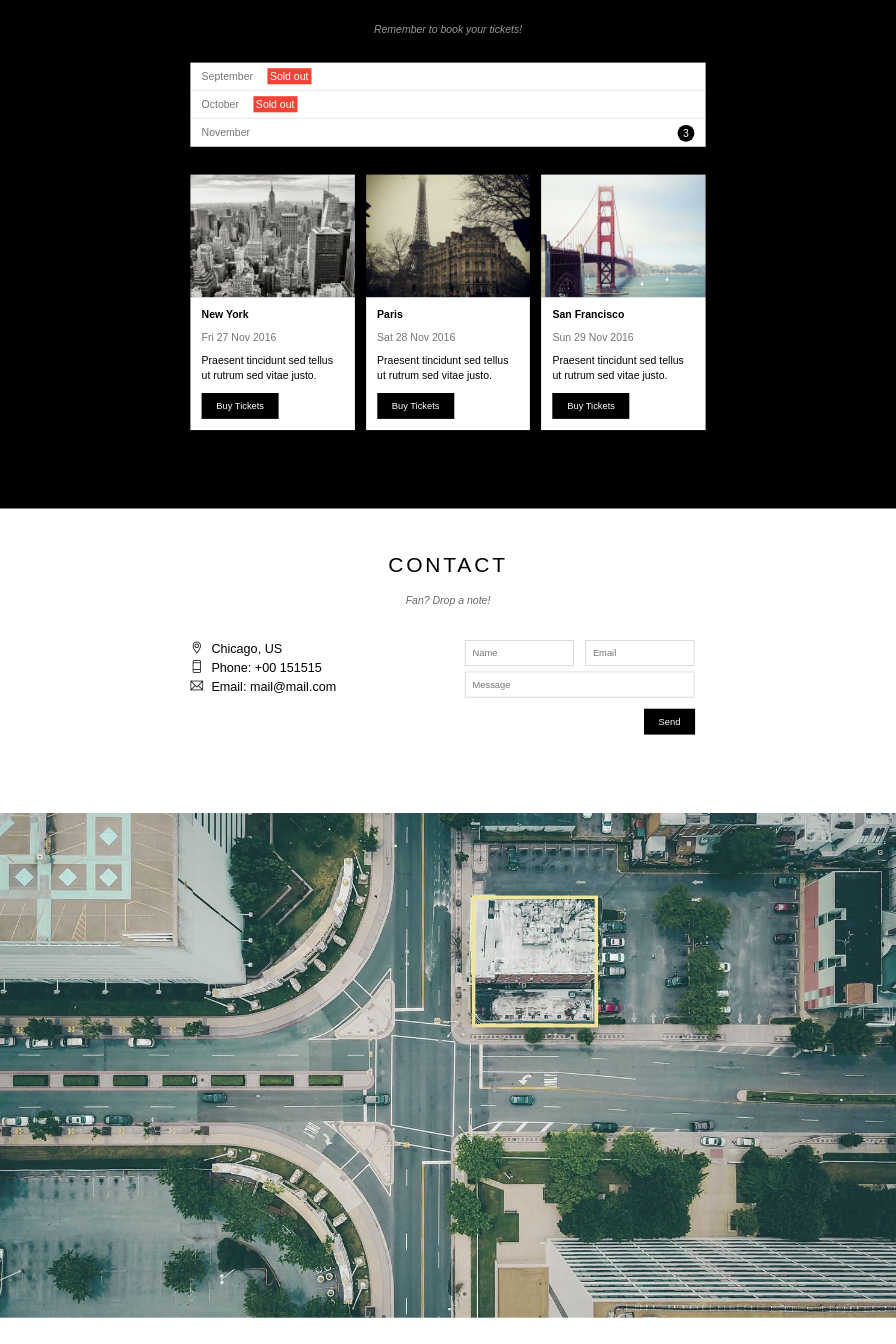
Repository: funboy13/webnew
Page: index.html
These files come from the project's save history. The page is drawn as it stood at one moment and after the next save; the edit follows.
The browser window is 1280 px wide. The pictures show the part of the page from y = 1448 to 3368 px (the page is 3524 px tall before and 3540 px after), at 70% of full size.

Above is the page before, as saved 2021-08-21 09:11:51.

### index.html
<!DOCTYPE html>
<html lang="vi">
<head>
    <meta charset="UTF-8">
    <meta http-equiv="X-UA-Compatible" content="IE=edge">
    <meta name="viewport" content="width=device-width, initial-scale=1.0">
    <link rel="stylesheet" href="./assets/css/style.css">
    <link rel="stylesheet" href="./assets/css/responsive.css">
    <link rel="stylesheet" href="./assets/fonts/themify-icons/themify-icons.css">
    <title>W3-webfirst</title>
    <link rel=icon href="assets/img/logo.jpg" sizes="16x16" type="image/png">
</head>
<body>
    <div class="main">
        <div id="header" class="header">
            <ul id="nav">
                <li><a href="#">Home</a></li>
                <li><a href="#band">Band</a></li>
                <li><a href="#tour">Tour</a></li>
                <li><a href="#contact">Contact</a></li>
                <li>
                    <a href="#">
                        More
                        <i class="ti-arrow-circle-down"></i>
                    </a>
                    <ul class="subnav">
                        <li><a href="#">Merchandise</a></li>
                        <li><a href="#">Extras</a></li>
                        <li><a href="#">Media</a></li>
                    </ul>
                </li>
            </ul>
            <!-- search__btn  -->
            <div class="search-btn">
              <i class="ti-search"></i>
            </div>
            <div id="menu-mobile" class="menu__mobile--btn">
                <i class="ti-menu"></i>
            </div>
        </div>

        <div class="slider">
            <div class="text-content">
                <h2 class="text-heading">Chicago</h2>
                <div class="text-noidung"> <b>Thank you, Chicago - A night we won't forget</b>.</div>
            </div>
        </div>

        <div id="content">
            <!-- About -->
            <div id="band" class="content-section">
                <h2 class="section-heading">THE BAND</h2>
                <p class="section-sub-heading">We love music</p>
                <p class="about-text">We have created a fictional band website. Lorem ipsum dolor sit amet, consectetur adipiscing elit, sed do eiusmod tempor incididunt ut labore et dolore magna aliqua. Ut enim ad minim veniam, quis nostrud exercitation ullamco laboris nisi ut aliquip ex ea commodo consequat. Duis aute irure dolor in reprehenderit in voluptate velit esse cillum dolore eu fugiat nulla pariatur. Excepteur sint occaecat cupidatat non proident, sunt in culpa qui officia deserunt mollit anim id est laborum consectetur adipiscing elit, sed do eiusmod tempor incididunt ut labore et dolore magna aliqua. Ut enim ad minim veniam, quis nostrud exercitation ullamco laboris nisi ut aliquip ex ea commodo consequat.</p>
                <div class="row members-list">
                    <div class="member-item col col-third">
                        <p class="members-name">Name</p>
                        <img src="./assets/img/bandmember.jpg" alt="Name" class="menbers-img">
                    </div>
                    <div class="member-item col col-third">
                        <p class="members-name">Name</p>
                        <img src="./assets/img/bandmember.jpg" alt="Name" class="menbers-img">
                    </div>
                    <div class="member-item col col-third">
                        <p class="members-name">Name</p>
                        <img src="./assets/img/bandmember.jpg" alt="Name" class="menbers-img">
                    </div>

                </div>
            </div>

             <!-- Tour -->
             <div id="tour" class="tour-section">
                 <div class="content-section">
                    <h2 class="section-heading text-white">TOUR DATES</h2>
                    <p class="section-sub-heading text-white">Remember to book your tickets! </p>

                    <ul class="tickets-lists">
                        <li>September <span class="sout-out">Sold out</span></li>
                        <li>October <span class="sout-out">Sold out</span></li>
                        <li>November <span class="quantity">3</span></li>
                    </ul>
                    <div class="row place-list">
                        <div class="col col-third">
                            <img src="./assets/img/newyork.jpg" alt="Newyork" class="place-img">
                            <div class="place-body">
                                <h3 class="place-heading">New York</h3>
                                <p class="place-time">Fri 27 Nov 2016</p>
                                <p class="place-desc">Praesent tincidunt sed tellus ut rutrum sed vitae justo.</p>
                                <button class="btn js-buy-ticket">Buy Tickets</button>
                            </div>
                        </div>
                            <div class="col col-third">
                                <img src="./assets/img/paris.jpg" alt="Paris" class="place-img">
                                <div class="place-body">
                                    <h3 class="place-heading">Paris</h3>
                                    <p class="place-time">Sat 28 Nov 2016</p>
                                    <p class="place-desc">Praesent tincidunt sed tellus ut rutrum sed vitae justo.</p>
                                    <button class="btn js-buy-ticket">Buy Tickets</button>
                                </div>
                            </div>
                                <div class="col col-third">
                                    <img src="./assets/img/sanfran.jpg" alt="San Francisco" class="place-img">
                                    <div class="place-body">
                                        <h3 class="place-heading">San Francisco</h3>
                                        <p class="place-time">Sun 29 Nov 2016</p>
                                        <p class="place-desc">Praesent tincidunt sed tellus ut rutrum sed vitae justo.</p>
                                        <button class="btn js-buy-ticket">Buy Tickets</button>
                                    </div>
                                </div>

                    </div>
                 </div>
             </div>

              <!-- Contact -->
              <div id="contact" class="content-section">
                <h2 class="section-heading">CONTACT</h2>
                <p class="section-sub-heading">Fan? Drop a note!</p>
                <div class="row contact-content">
                    <div class="col col-half contact-info">
                        <p><i class="ti-location-pin"></i>Chicago, US</p>
                        <p><i class="ti-mobile"></i>Phone: +00 151515</p>
                        <p><i class="ti-email"></i>Email: mail@mail.com</p>

                    </div>
                    <div class="col col-half contact-form">
                        <form action="">
                            <div class="row">
                                <div class="col col-half ">
                                    <input type="text" name="" placeholder="Name" required id="" class="form-control">
                                </div>
                                <div class="col col-half ">
                                    <input type="email" name="" placeholder="Email" required id="" class="form-control">
                                </div>
                            </div>
                            <div class="row mt-8">
                                <div class="col col-full">
                                    <input type="text" name="" placeholder="Message" required id="" class="form-control">
                                </div>
                            </div>
                            <input type="submit" class="btn form-submit mt-16" value="Send">
                        </form>
                    </div>
                </div>
             </div>

             <div class="map-section">
                 <img src="./assets/img/map.jpg" alt="map">
             </div>
        </div>

        <div class="footer">
            <div class="socials-list">
                <a href=""><i class="ti-facebook" ></i></a>
                <a href=""><i class="ti-instagram" ></i></a>
                <a href=""><i class="ti-youtube" ></i></a>
                <a href=""><i class="ti-pinterest" ></i></a>
                <a href=""><i class="ti-twitter-alt" ></i></a>
                <a href=""><i class="ti-linkedin" ></i></a>
            </div>
            <p class="copyright">Powered by <a href=""> w3.css</a></p>
        </div>
    </div>
 <!-- modal ticket  -->
    <div class="modal js-modal">
        <div class="modal-container js-modal-container">
            <div class="modal-close js-modal-close">
                <i class="ti-close"></i>
            </div>
            <hearder class="modal-hearder">
                <i class="modal-icon ti-bag"></i>
                Tickets
            </hearder>
            <div class="modal-body">
                <label for="tickket-q" class="modal-label">
                    <i class="ti-shopping-cart"></i>
                    Tickets, $15 per person
                </label>
                <input id="tickket-q" type="text" class="modal-input" placeholder="How many?">

                <label for="tickket-email" class="modal-label">
                    <i class="ti-user"></i>
                    Send To
                </label>
                <input id="tickket-email" type="email" class="modal-input" placeholder="Enter email">
                <button id="buy-tickets">Pay
                    <i class="ti-check"></i>
                </button>
                <footer class="modal-footer">
                    <p class="modal-help">
                        Need <a href="">help?</a>
                    </p>
                </footer>
            </div>
        </div>
    </div>
    <!-- button buy ticket  -->
    <script>
        const buyBtns =document.querySelectorAll('.js-buy-ticket')
        const modal = document.querySelector('.js-modal')
        const modalClose = document.querySelector('.js-modal-close')
        const  modalContainer = document.querySelector('.js-modal-container')

        function showBuyTickets () {
            modal.classList.add('open')
        }

        function hideBuyTickets () {
            modal.classList.remove('open')
        }

        for (const buyBtn of buyBtns) {
            buyBtn.addEventListener('click',  showBuyTickets)
        }

        modalClose.addEventListener('click',  hideBuyTickets )
        modal.addEventListener('click',  hideBuyTickets)
        modalContainer.addEventListener('click', function (event) {
            event.stopPropagation()
        })


    </script>
    <!-- menu__btn  -->
    <script>
        var  header =   document .getElementById('header');
        var  mobileMenu  =   document .getElementById('menu-mobile');
        var headerHeight = header.clientHeight;
        // đóng mở menu
        mobileMenu.onclick = function () {
            var isClose = header.clientHeight === headerHeight ;
            if (isClose) {
                header.style.height = 'auto';
            }else{
                header.style.height = null;
            }
        }
        // tự đóng khi chọn menu
        var menuItems = document.querySelectorAll(' #nav li a[href*="#"]');
        for (var i = 0 ;  i < menuItems.length; i++) {
            var menuItem = menuItems[i];
            menuItem.onclick = function (event) {
                var isParentMenu = this.nextElementSibling && this.nextElementSibling.classList.contains('subnav');
                if(isParentMenu){
                    event.preventDefault();
                }else{
                    header.style.height = null;
                }
            }
        }
    </script>
</body>
</html>

### assets/css/style.css
*{
    padding: 0;
    margin: 0;
    box-sizing: border-box;
}

html{
    scroll-behavior: smooth;
    font-family:Arial, Helvetica, sans-serif ;
}

.clear{
    clear: both;
}

.text-white{
    color: #fff;
}

.row{
    margin-left: 8px;
    margin-right: 8px;
}

.row::after{
    content: "";
    display: block;
    clear: both;
}

.col{
    float: left;
    padding: 0 8px;
}

.col-full{
    width: 100%;
}

.col-half{
    width: 50%;
}

.col-third{
    width:  calc(100% / 3);
}

.mt-8{
    margin-top: 8px !important;
}

.mt-16{
    margin-top: 16px !important;
}

.btn{
    color: #fff;
    background:#000;
    text-decoration: none;
    padding: 11px 21px;
    display: inline-block;
    margin-top: 15px;
    border: none;
}

.btn:hover{
    cursor: pointer;
    color: #000;
    background: #ccc;
}

/* MAIN */
.main{


}

.header{
    position: fixed;
    z-index: 1;
    top:0;
    left:0;
    right: 0;
    height: 46px;
    background-color: #000;
}

#nav{
    display: inline-block;
}

#nav, .subnav{
     list-style-type: none;

}

#nav >li{
    display: inline-block;
}

#nav li{

    position: relative;
}

#nav >li >a{
    color: #fff;
    text-transform: uppercase;

}

#nav li a {

    text-decoration:none;
    line-height: 46px;
    padding: 0 24px;
    display: block;
}

#nav li:hover .subnav{
    display: block;
}

#nav >li:hover >a,
#nav .subnav li:hover a{
    color: #000;
    background-color: #ccc;
}

#nav .subnav{
    display: none;
    min-width: 160px;
    top: 100%;
    left: 0;
    position: absolute;
    background-color: #fff;
    box-shadow: 0 0 10px rgba(0,0, 0, 0.5) ;
}

#nav .subnav a {
    color: #000;
    padding:0 12px;
    line-height: 38px;
}
.header .menu__mobile--btn{
    position: fixed;
    top:0;
    right: 0;
    display:none;
}

.header .menu__mobile--btn,
.header .search-btn{
    line-height: 46px;
    color: #fff;
    float: right;
    padding: 0 21px;
    cursor: pointer;

}
.header .search-btn:hover{
     background-color: #f44336;
}

.header .menu__mobile--btn:hover{
    background-color: #ccc;
    color: #000;
}

.slider{
    margin-top: 46px;
    padding-top: 50%;
    background: url("../img/chicago.jpg") top center / cover no-repeat;
    position: relative;
}

.slider .text-content{
    position: absolute;
    color: #fff;
    bottom: 47px;
    width: 100%;
    text-align: center;
}

.slider .text-heading{
    font-weight: 500;
    font-size: 24px;
}
.slider .text-noidung{
    font-size: 15px;
    margin-top: 25px;
}

#content{
}

#content .content-section{
    width: 800px;
    max-width: 100%;
    padding: 64px 0 112px;
    margin-left: auto;
    margin-right: auto;
    padding-left: 16px;
    padding-right: 16px;
}

#content .section-heading{
    text-align: center;
    font-weight: 500;
    font-size: 30px;
    letter-spacing: 4px;
}
#content .section-sub-heading{
    text-align: center;
    font-size: 15px;
    margin-top: 25px;
    font-style: italic;
    opacity: 0.6;
}

#content .about-text{
    margin-top: 25px;
    font-size: 15px;
    text-align: justify;
    line-height: 1.5;
}

#content .members-list{
    margin-top: 47px;
    text-align: center;
}

#content .members-name{
    font-size: 15px;
}

#content .menbers-img{
    width: 154px;
    margin-top: 15px;
    border-radius: 5px;
}
/* tour */

.tour-section{
    background: #000;
}

.tickets-lists{
    background: #fff;
    margin: 40px 16px;
    list-style: none;
}

.tickets-lists li{
    font-size: 15px;
    padding: 11px 16px;
    border-bottom: 1px solid #ddd;
    color: #757575;
}

.tickets-lists .sout-out{
    background:#f44336 ;
    color: #fff;
    padding: 3px 4px;
    margin-left: 16px;
}

.tickets-lists .quantity{
    float: right;
    width: 24px;
    height: 24px;
    background: #000;
    color: #fff;
    border-radius: 50%;
    text-align: center;
    line-height: 24px;
    margin-top: -2px;
}
.place-list{
    margin-top: 16px;
}

.place-img{
    width: 100%;
    display: block;
}

.place-img:hover{
    opacity: 0.6;
}
.place-body{
    font-size: 15px;
    padding: 16px;
    background-color: #fff;
}
.place-heading{
    font-size: 15px;

}
.place-time{
    margin-top: 15px;
    color: #757575;
}
.place-desc{
    margin-top: 15px;
    line-height: 1.4;
}


/* contact */

.contact-content{
    margin-top: 48px;
}

.contact-info{
    font-size: 18px;
    line-height: 1.5;
}

.contact-info i {
    width:30px;
    display: inline-block;
}

.contact-form{
    font-size: 15px;
}

.contact-form .form-control{
    padding: 10px;
    border: 1px solid #ccc;
    width: 100%;
}

.contact-form .form-submit{
    float: right;
    margin-right: 15px;
}

.map-section img{
    width: 100%;
   filter: grayscale(50%);
}

 .footer{
    padding: 64px 16px;
    text-align: center;
}

.footer .socials-list{
    font-size: 24px;
}

.footer .socials-list a{
    color: rgba(0,0, 0, 0.6);
    text-decoration: none;
}

.footer .socials-list a :hover{
    opacity: 0.4;
}

.footer .copyright{
    color: rgba(0,0, 0, 0.6);
    margin-top: 15px;
}
.modal{
    position: fixed;
    top: 0;
    right: 0;
    bottom: 0;
    left: 0;
    background:rgba(0, 0, 0, 0.4);
    display: none;
    align-items: center;
    justify-content: center;
}

.modal-container{
    background: #fff;
    width: 900px;
    min-height: 200px;
    position: relative;
    max-width: calc(100% - 32px);
    animation: modalFaceIn ease 0.5s;
}

 .modal-hearder{
    background: #009688;
    height: 130px;
    display: flex;
    align-items: center;
    justify-content: center;
    font-size: 30px;
    color: #fff;
}

.modal-icon{
    margin-right: 16px;
}

.modal-close{
    position: absolute;
    right:0;
    top: 0;
    color:#fff;
    padding: 12px;
    cursor: pointer;
    opacity: 0.8;
}
.modal-close:hover{
    opacity: 1;
}

.modal-body{
    padding:16px ;
}

.modal-label{
    display: block;
    font-size: 15px;
    margin-bottom: 12px;
}

.modal-input{
    border: 1px solid #ccc;
    width: 100%;
    padding: 10px;
    font-size: 15px;
    margin-bottom: 24px;
}

#buy-tickets{
    background: #009688;
    border:none;
    color: #fff;
    width: 100%;
    font-size: 15px;
    text-transform: uppercase;
    padding: 18px;
    cursor: pointer;
}

#buy-tickets:hover{
    opacity: 0.9;
}

.modal-footer{
    padding: 16px;
    text-align: right;
}

.modal-footer a{
    color:#2196F3 ;
}

.modal.open {
    display: flex ;
}

@keyframes modalFaceIn {
    from{
        transform: translateY(-200px);
        opacity: 0;
        }
    to{
        transform:translateY(0px);
        opacity: 1;
    }
}

### assets/css/responsive.css
/* mobile  */
@media  (max-width : 740px) {
    #nav {
        display: block;
    }
    #nav >li{
        display: block;
    }
    #nav >li a{
        padding: 1px 24px;
    }
    #nav> li:first-child {
        display: inline-block;
    }

    #nav .subnav{
        position: initial;
        background-color: #333;
    }
    #nav .subnav a {
        color: #fff;
        padding: 5px 41px;
    }
    .header{
        overflow: hidden;
    }
    .header .menu__mobile--btn{
        display:block;
    }
    .header .search-btn{
        display: none;
    }
    #content .member-item{
        margin-top: 30px;
        width: 100%;
    }
    #content .menbers-img{
        width:60%;
    }
}

Loaded but not shown: assets/fonts/themify-icons/themify-icons.css (common file)

After the next save:
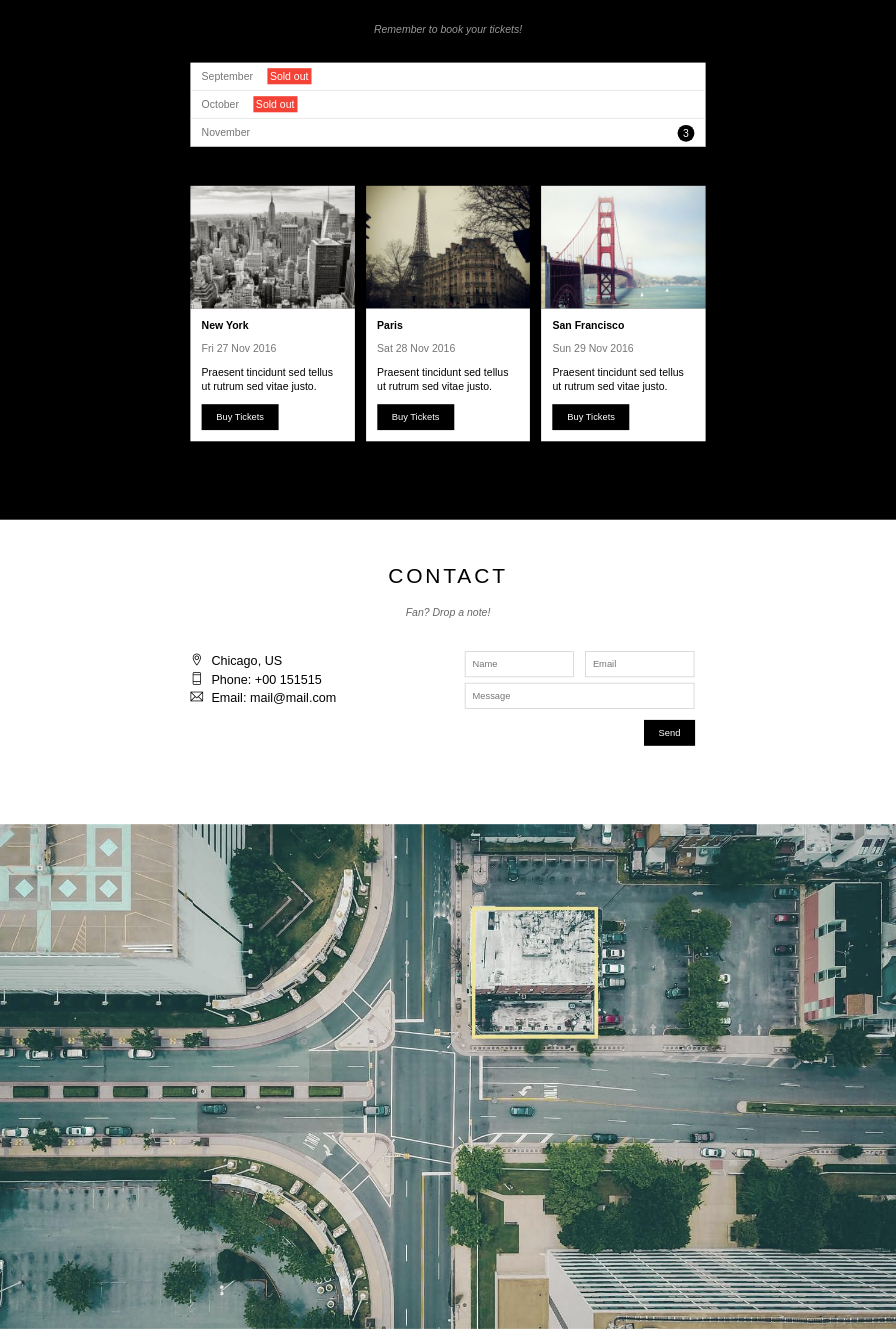
Saved 45 s later.
--- a/index.html
+++ b/index.html
@@ -81,7 +81,7 @@
                         <li>November <span class="quantity">3</span></li>
                     </ul>
                     <div class="row place-list">
-                        <div class="col col-third">
+                        <div class="col col-third mt-16">
                             <img src="./assets/img/newyork.jpg" alt="Newyork" class="place-img">
                             <div class="place-body">
                                 <h3 class="place-heading">New York</h3>
@@ -90,7 +90,7 @@
                                 <button class="btn js-buy-ticket">Buy Tickets</button>
                             </div>
                         </div>
-                            <div class="col col-third">
+                            <div class="col col-third mt-16">
                                 <img src="./assets/img/paris.jpg" alt="Paris" class="place-img">
                                 <div class="place-body">
                                     <h3 class="place-heading">Paris</h3>
@@ -99,7 +99,7 @@
                                     <button class="btn js-buy-ticket">Buy Tickets</button>
                                 </div>
                             </div>
-                                <div class="col col-third">
+                                <div class="col col-third mt-16">
                                     <img src="./assets/img/sanfran.jpg" alt="San Francisco" class="place-img">
                                     <div class="place-body">
                                         <h3 class="place-heading">San Francisco</h3>
